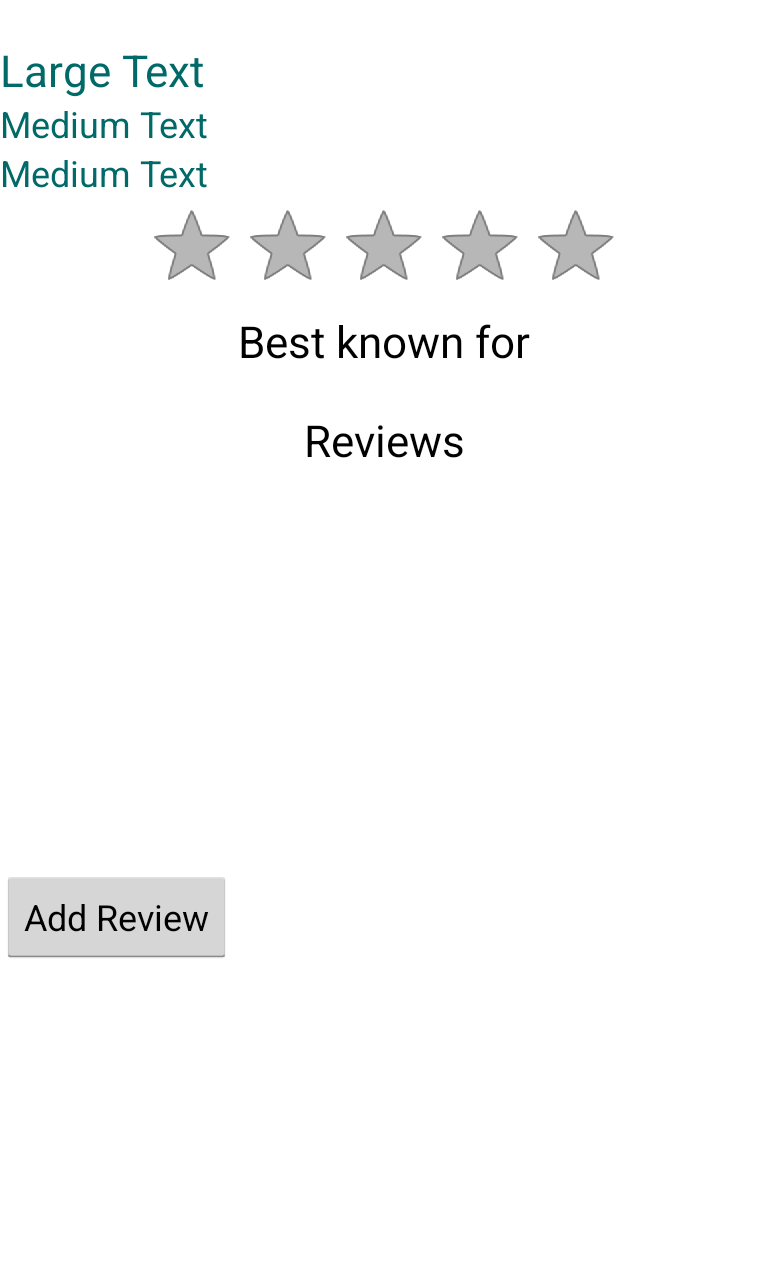
Repository: yash256/atnt
Layout: WNY Farm Fresh/res/layout/market_details.xml
An editor plug-in stored every save of this project. The layout is shown before and after the next save, followed by the edit.
It is drawn on a 768 x 1280 px phone screen (xhdpi) without system bars, with theme AppTheme; the app's code is not run. Lists and similar views that code fills are empty.

Above is the layout before, as saved 2014-11-11 03:01:15.

After the next save:
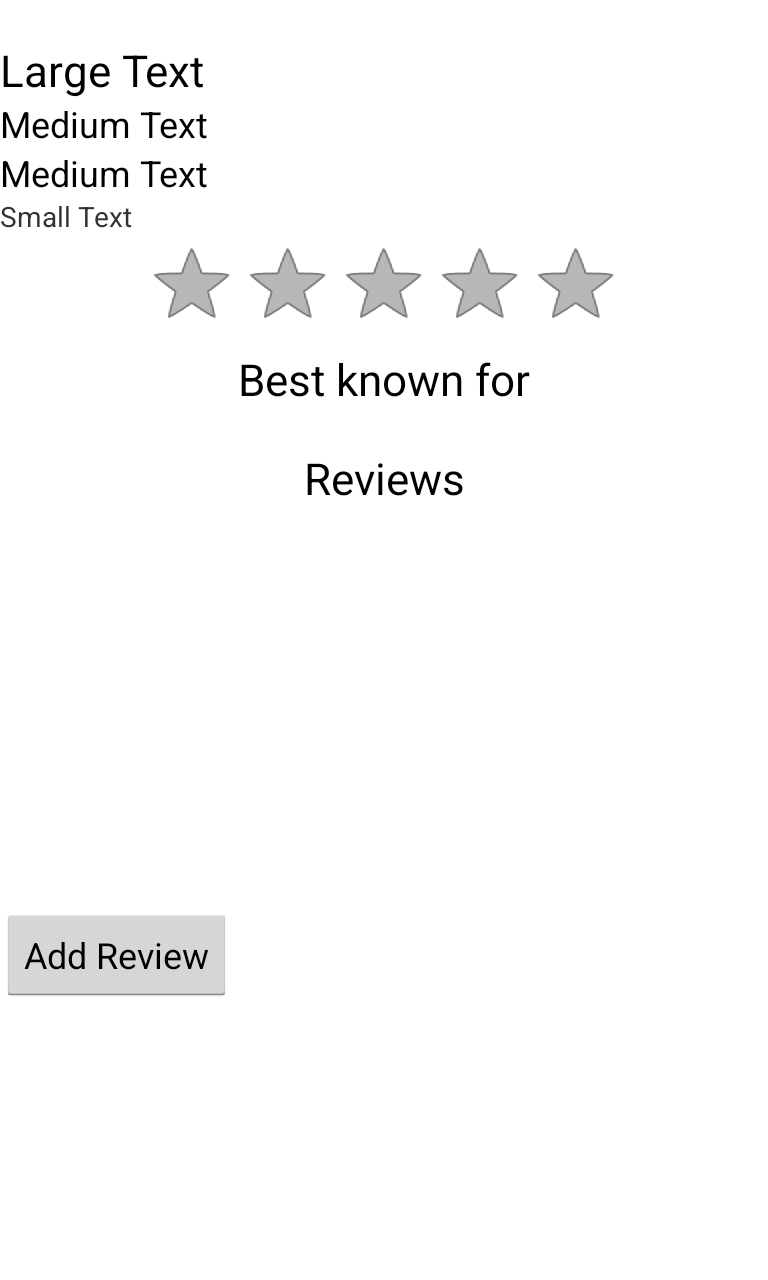
Saved 3 min 30 s later.
--- a/WNY Farm Fresh/res/layout/market_details.xml
+++ b/WNY Farm Fresh/res/layout/market_details.xml
@@ -22,7 +22,7 @@
         android:layout_row="0"
         android:text="Large Text"
         android:textAppearance="?android:attr/textAppearanceLarge"
-        android:textColor="#016968" />
+         />
 
     <TextView
         android:id="@+id/market_address"
@@ -30,7 +30,7 @@
         android:layout_columnSpan="8"
         android:text="Medium Text"
         android:textAppearance="?android:attr/textAppearanceMedium"
-        android:textColor="#016968"/>
+        />
 
     <TextView
         android:id="@+id/market_timing"
@@ -38,7 +38,14 @@
         android:layout_columnSpan="8"
         android:text="Medium Text"
         android:textAppearance="?android:attr/textAppearanceMedium"
-        android:textColor="#016968"/>
+        />
+    <TextView
+        android:id="@+id/from_to"
+        android:layout_row="2"
+        android:layout_columnSpan="8"
+        android:text="Small Text"
+        android:textAppearance="?android:attr/textAppearanceSmall"
+        />
 
     <RatingBar
         android:id="@+id/ratingBar1"
